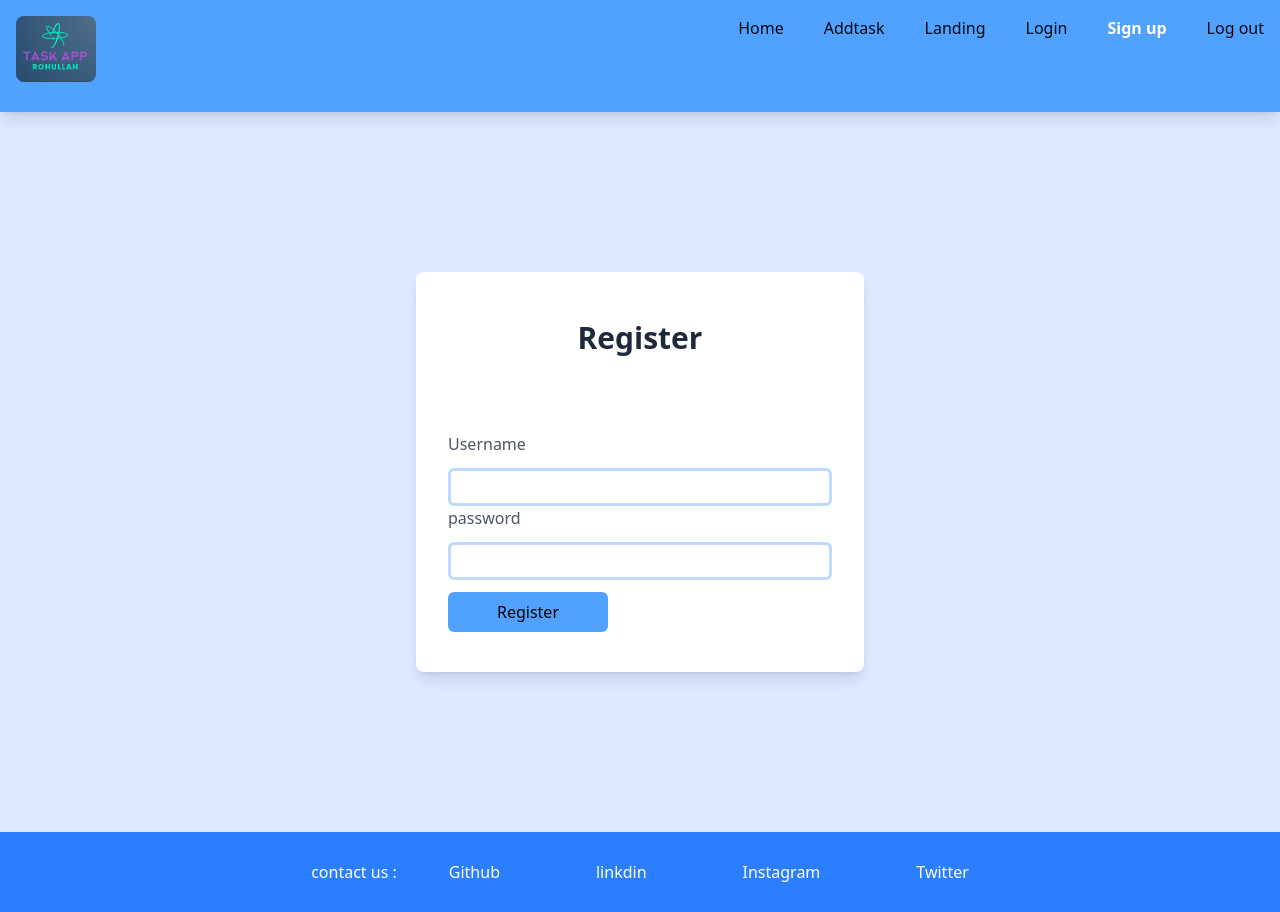
Repository: Rohullah-Noori/TaskApp
Page: /signup
These files come from the project's save history. The page is drawn as it stood at one moment and after the next save; the edit follows.
The browser window is 1280 px wide. The pictures show the whole page.
The project was rebuilt for these pictures with package versions that can differ from the ones it lists, and the page was loaded fresh each time. Also part of the build but not shown: vite.config.js, src/components/PrivateRoute.jsx, src/components/Loader.jsx, src/pages/Landing.jsx, src/pages/Home.jsx, src/pages/Login.jsx, src/pages/Addtask.jsx, src/pages/Edittask.jsx and 2 more.

Above is the page before, as saved 2025-03-01 10:57:31.

After the next save:
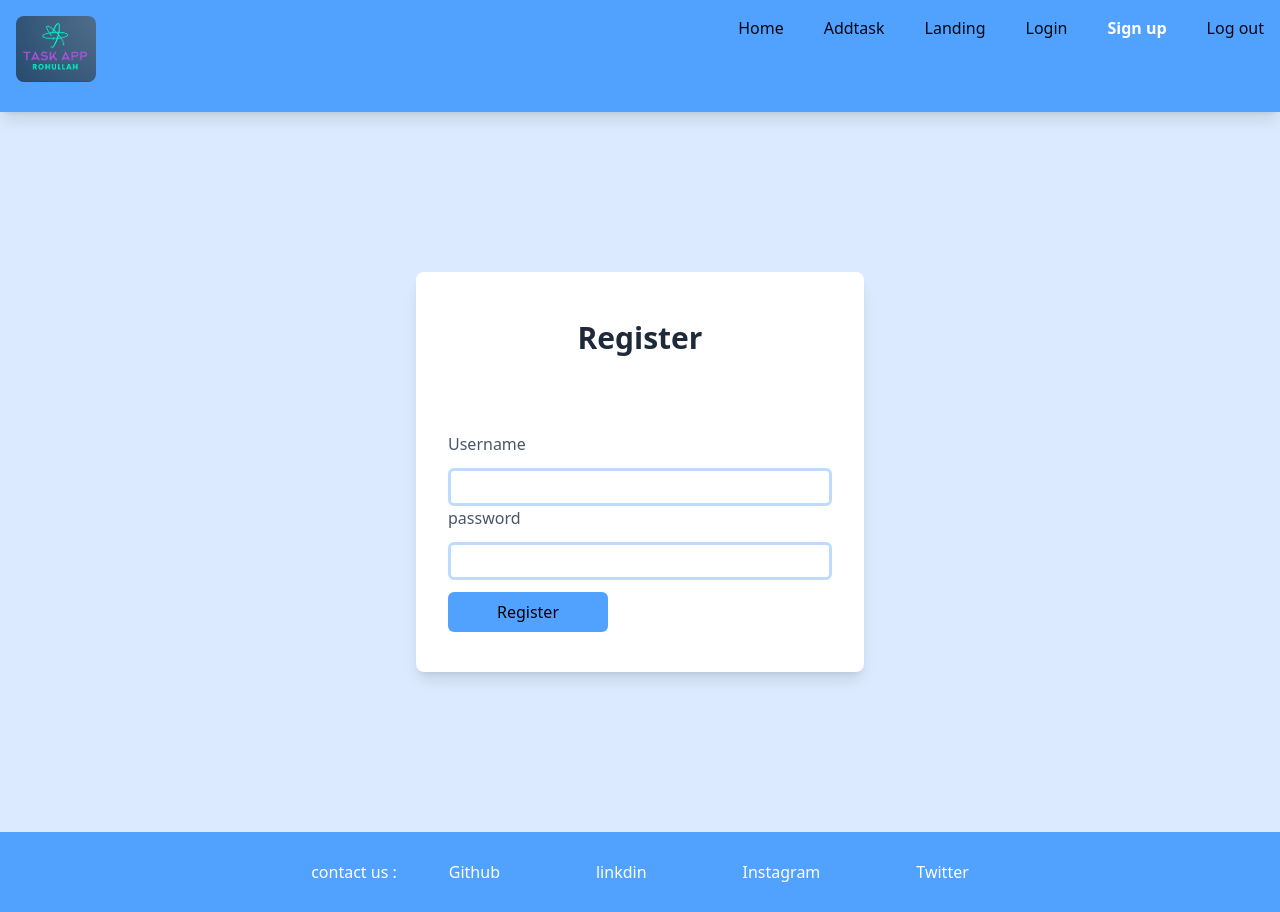
Saved 50 s later.
--- a/src/components/Footer.jsx
+++ b/src/components/Footer.jsx
@@ -1,7 +1,7 @@
 function Footer() {
   return (
     <div className="w-full ">
-      <div className="bg-blue-500 w-full h-20 flex justify-center space-x-13 text-white items-center">
+      <div className="bg-blue-400 w-full h-20 flex justify-center space-x-13 text-white items-center">
         <div>
           <h1>contact us :</h1>
         </div>
